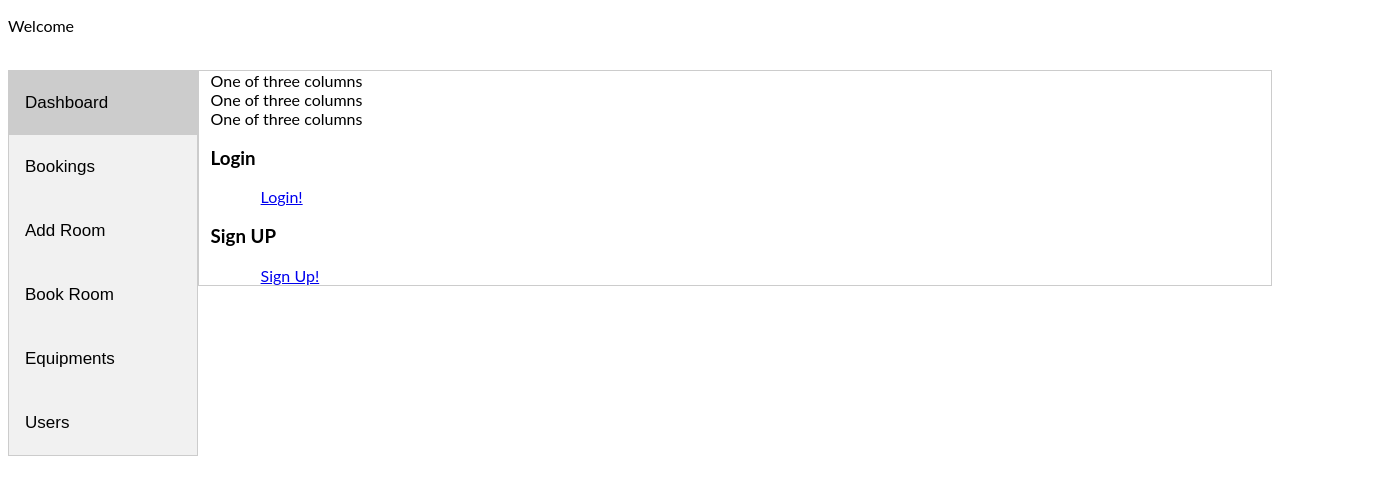
Repository: abhi608/visa_tutorial
Page: meetingroomapp/src/main/resources/static/dashboardView.html
An editor plug-in stored every save of this project. The page is shown before and after the next save, followed by the edit.
The browser window is 1280 px wide. The page is 1280 px wide, then 1375 px, so the pictures cover 1375 px, including what lies to the right of the window. The pictures show the whole page.

Above is the page before, as saved 2018-08-07 07:09:09.

After the next save:
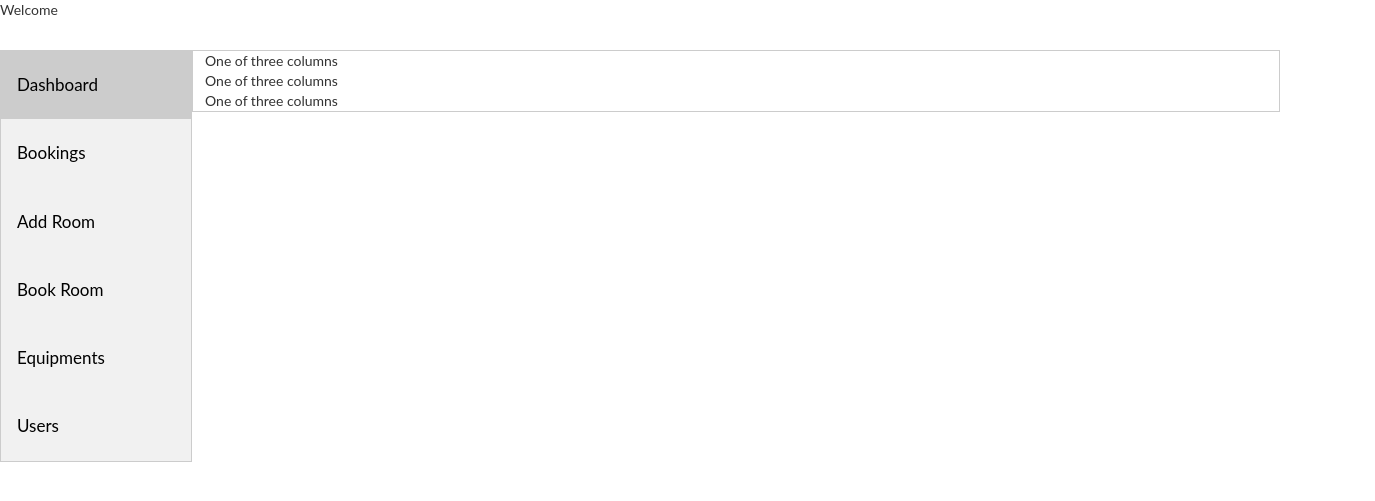
Saved 2 min 36 s later.
--- a/meetingroomapp/src/main/resources/static/dashboardView.html
+++ b/meetingroomapp/src/main/resources/static/dashboardView.html
@@ -2,6 +2,9 @@
 <html>
 <head>
 <meta name="viewport" content="width=device-width, initial-scale=1">
+<link rel="stylesheet" href="https://maxcdn.bootstrapcdn.com/bootstrap/3.3.7/css/bootstrap.min.css">
+ <script src="https://ajax.googleapis.com/ajax/libs/jquery/3.3.1/jquery.min.js"></script>
+ <script src="https://maxcdn.bootstrapcdn.com/bootstrap/3.3.7/js/bootstrap.min.js"></script>
 <style>
 * {box-sizing: border-box}
 body {font-family: "Lato", sans-serif;}
@@ -81,28 +84,7 @@ body {font-family: "Lato", sans-serif;}
 	  </div>
   </div>
 
-  <div class="container">
-  <div class="row-height">
-    <div class="row">
-      <div class="col-height col-middle col-xs-5 pull-left card">
-        <div class="col-xs-12 text-center">
-          <h3 class="heading-s1">Login</h3>
-        </div>
-        <div class="col-xs-12 text-center">
-          <a href="javascript:void(0);" class="btn big-btn no-border red-background unstyle-anchor" style="padding: 13px 50px;">Login!</a>
-        </div>
-      </div>
-      <div class="col-height col-middle col-xs-5 pull-right card">
-        <div class="col-xs-12 text-center">
-          <h3 class="heading-s1">Sign UP</h3>
-        </div>
-        <div class="col-xs-12 text-center">
-          <a href="javascript:void(0);" class="btn big-btn no-border red-background unstyle-anchor" style="padding: 13px 50px;">Sign Up!</a>
-        </div>
-      </div>
-    </div>
-  </div>
-</div>
+
 </div>
 
 <div id="Bookings" class="tabcontent">
